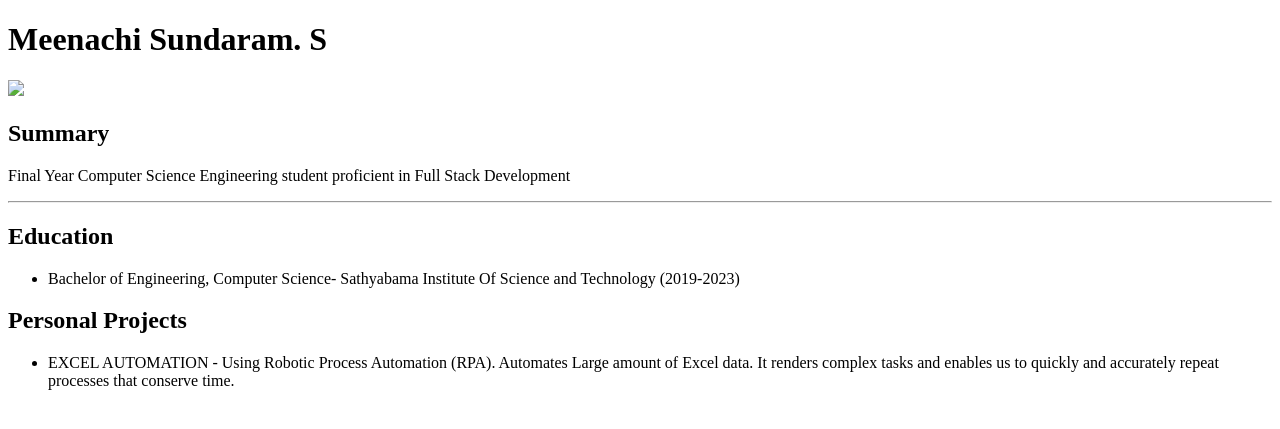
Repository: MeenachiSUNDARAM7/web-dev-projects
Page: resume page/index.html
The author's editor kept a copy of each file at every save. The page is drawn from the files as they stood at one save, then again after the next save.
The browser window is 1280 px wide. The pictures show the whole page.

Above is the page before, as saved 2023-07-05 19:20:30.
Not found: resume page/Resumepic.jpeg/200

### resume page/index.html
<!DOCTYPE html>
<html lang="en">
<head>
    <meta charset="UTF-8">
    <title>My Resume</title>
</head>
<body>
    <h1>Meenachi Sundaram. S</h1>
    <img src="./Resumepic.jpeg/200"/>
    <h2>Summary</h2>
    <p>Final Year Computer Science Engineering student proficient in Full Stack Development</p>
    <hr />
    <h2>Education</h2>
    <ul>
        <li>Bachelor of Engineering, Computer Science- Sathyabama Institute Of Science and Technology (2019-2023)</li>
    </ul>
    <h2>Personal Projects</h2>
    <ul>
        <li>EXCEL AUTOMATION - Using Robotic Process
            Automation (RPA). Automates Large amount of Excel data.
            It renders complex tasks and enables us to quickly and accurately
            repeat processes that conserve time.</li>
    </ul>

</body>
</html>

After the next save:
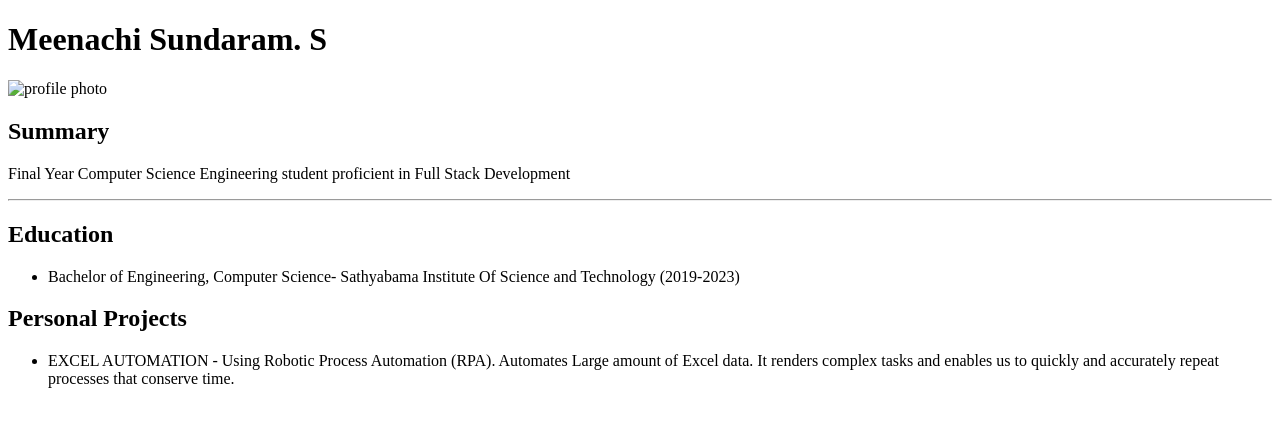
Not found: resume page/Resumepic/.jpeg/200
Saved 2 min 20 s later.
--- a/resume page/index.html
+++ b/resume page/index.html
@@ -6,7 +6,7 @@
 </head>
 <body>
     <h1>Meenachi Sundaram. S</h1>
-    <img src="./Resumepic.jpeg/200"/>
+    <img src="./Resumepic/.jpeg/200" alt="profile photo"/>
     <h2>Summary</h2>
     <p>Final Year Computer Science Engineering student proficient in Full Stack Development</p>
     <hr />
